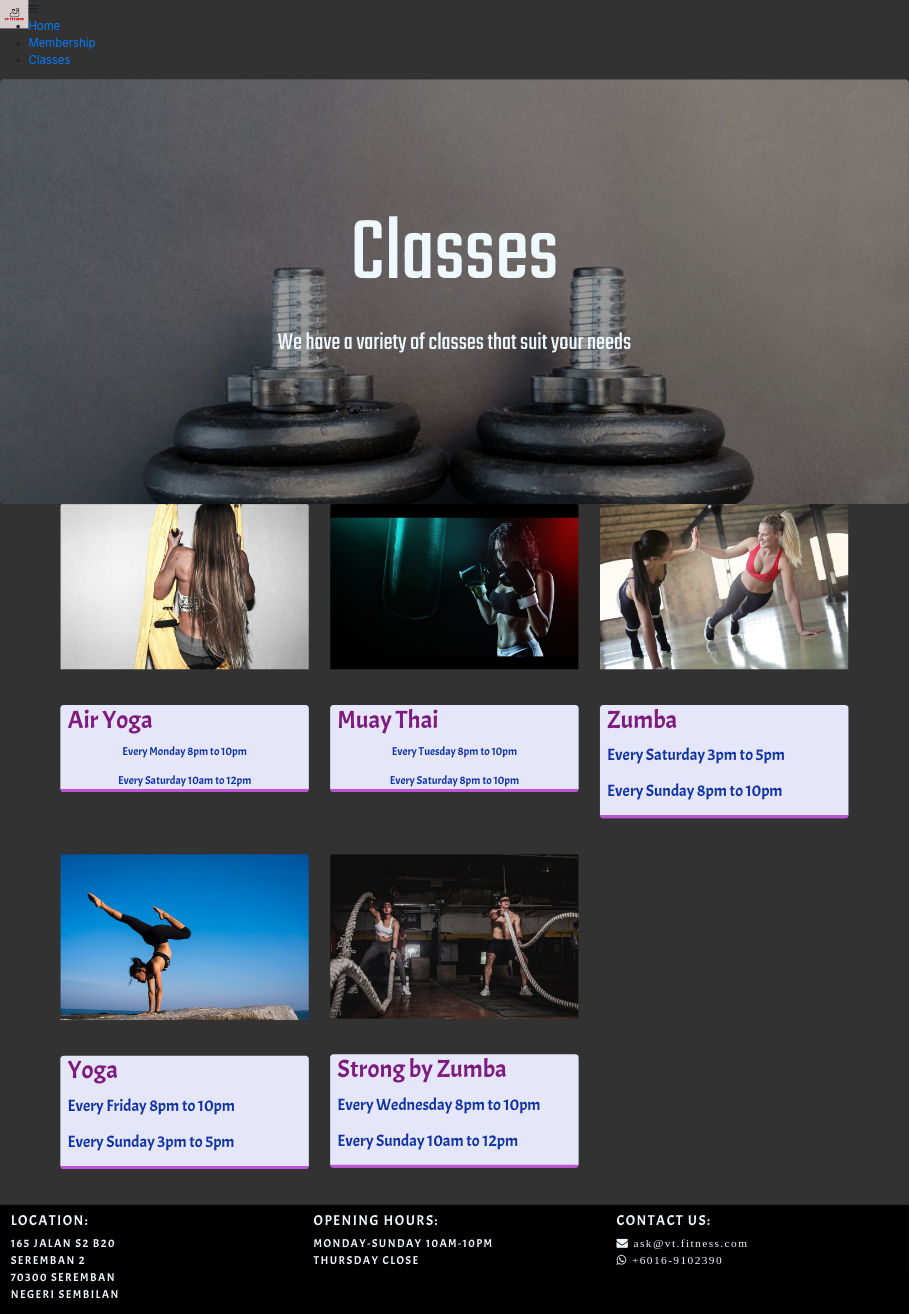
Repository: Code-Institute-Submissions/Project-One-6
Page: classes.html
The author's editor kept a record of every edit. The page is drawn from the files as they stood at one moment, then again after the next edit.
The browser window is 1280 px wide. The pictures show the whole page, at 71% of full size.

Above is the page before.

After the next edit:
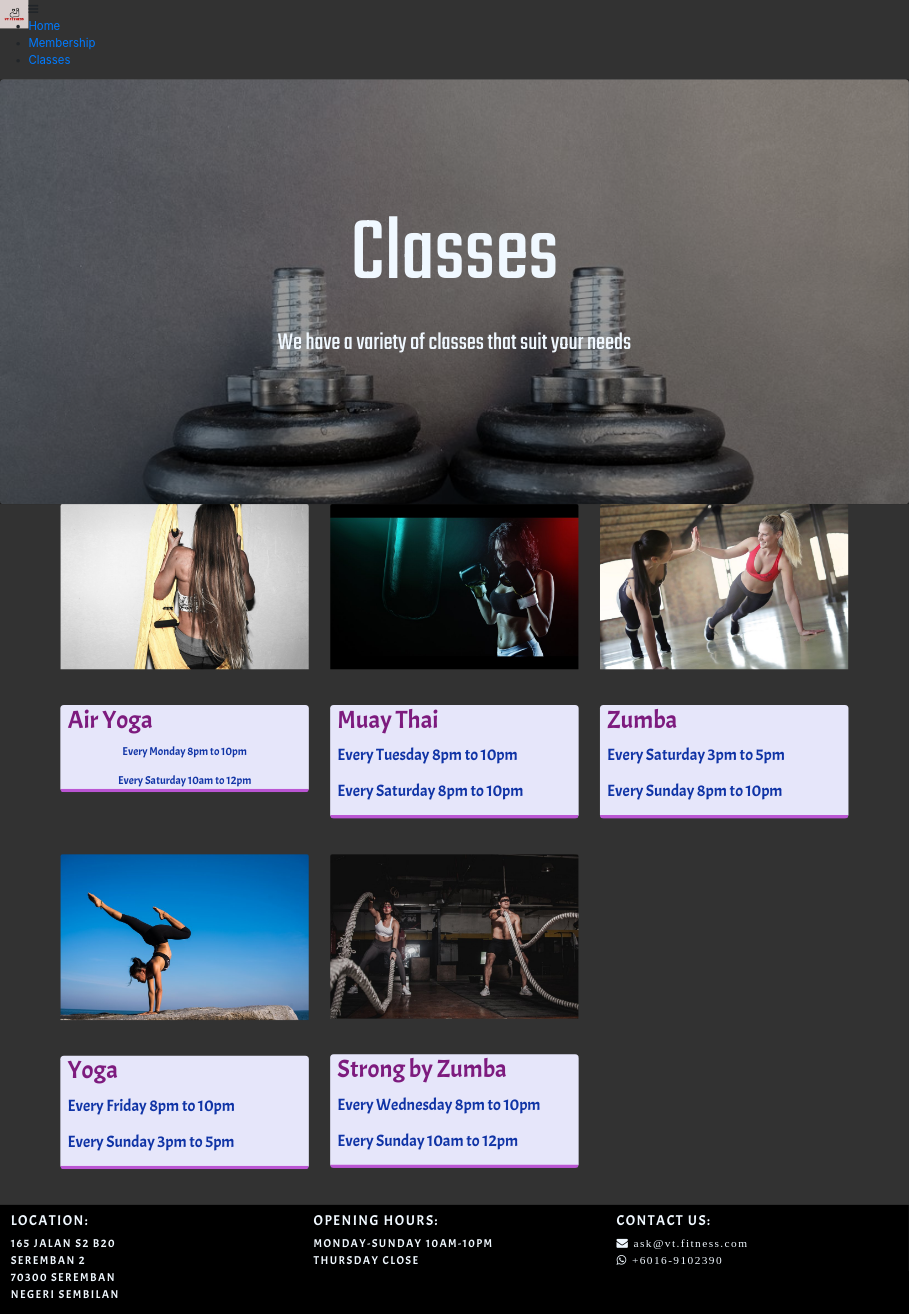
The edit:
--- a/classes.html
+++ b/classes.html
@@ -51,8 +51,8 @@
                 <img src="images/muay thai.jpg" class="card-img-top">
                 <div class="card-body-class">
                     <h4 class="card-title">Muay Thai</h4>
-                    <p class="card-text">Every Tuesday 8pm to 10pm</p>
-                    <p class="card-text">Every Saturday 8pm to 10pm</p>
+                    <p class="text">Every Tuesday 8pm to 10pm</p>
+                    <p class="text">Every Saturday 8pm to 10pm</p>
                 </div>
             </div>
             <div class="col-sm-12 col-md-4">
